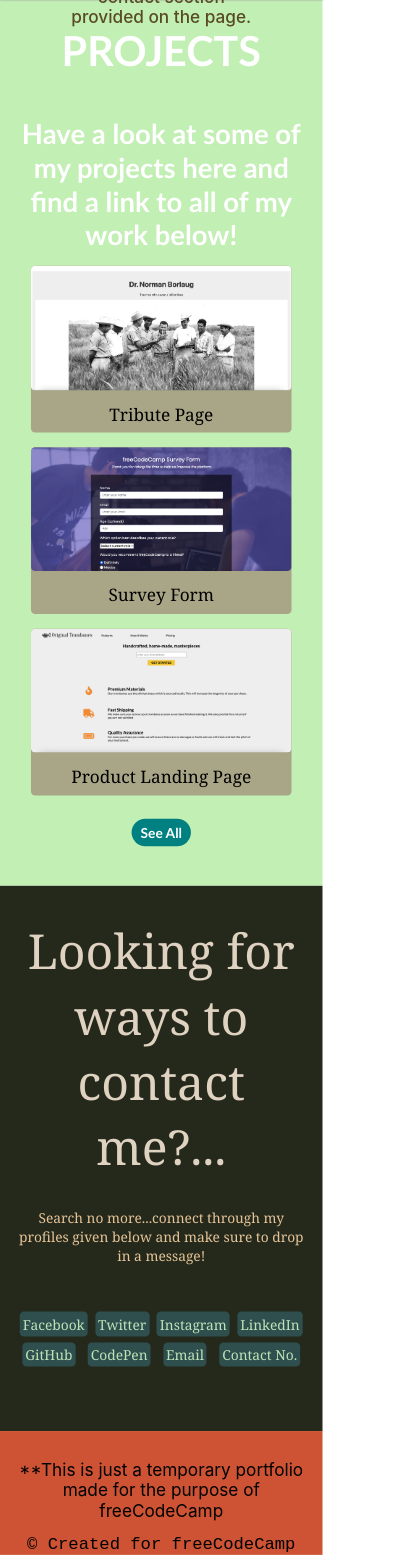
Repository: srush-shah/GRIP-Task3
Page: index.html
These files come from the project's save history. The page is drawn as it stood at one moment and after the next save; the edit follows.
The browser window is 375 px wide. The page is 476 px wide, so the pictures cover 476 px, including what lies to the right of the window. The pictures show the part of the page from y = 800 to 2608 px (the page is 2608 px tall), at 86% of full size.

Above is the page before, as saved 2021-07-21 20:38:28.

After the next save:
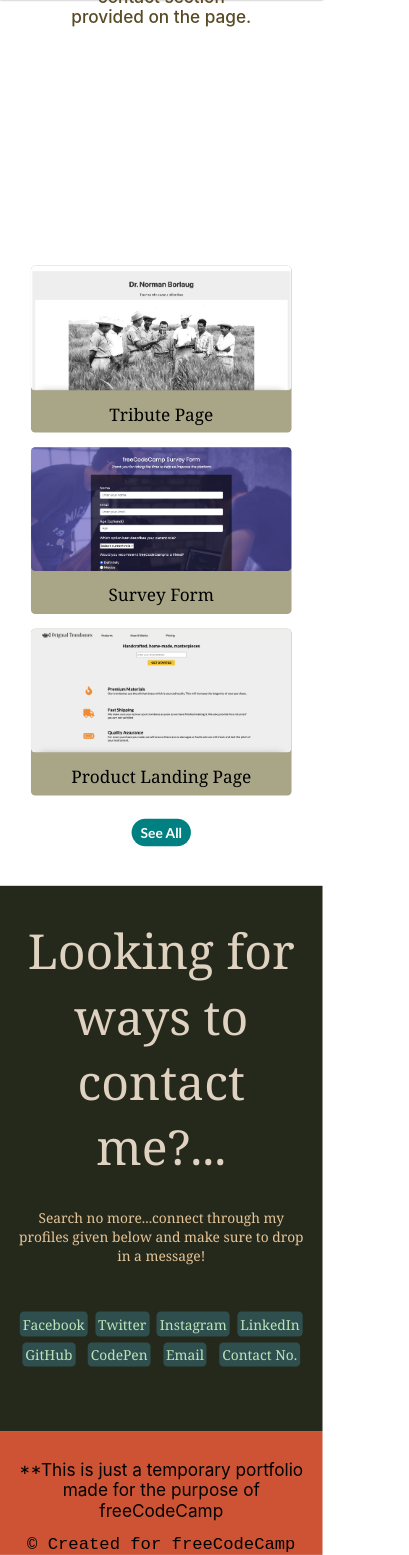
Saved 5 s later.
--- a/styles/style.css
+++ b/styles/style.css
@@ -232,32 +232,6 @@ Welcome Section Styling
     font-size: 2.5vh;
   }
 }
-
-@media screen and (max-width: 400px) {
-  #welcome-text {
-    top: -50%;
-  }
-
-  #welcome-text h1 {
-    font-size: 6vh;
-  }
-
-  #welcome-text h4 {
-    font-size: 4vh;
-  }
-
-  #welcome-text p {
-    font-size: 2.5vh;
-  }
-}
-/*
-Projects Section Styling
-*/
-#projects {
-  width: 100%;
-  background-color: #c2efb3;
-}
-
 #projects h3,
 #projects p,
 #projects a {
